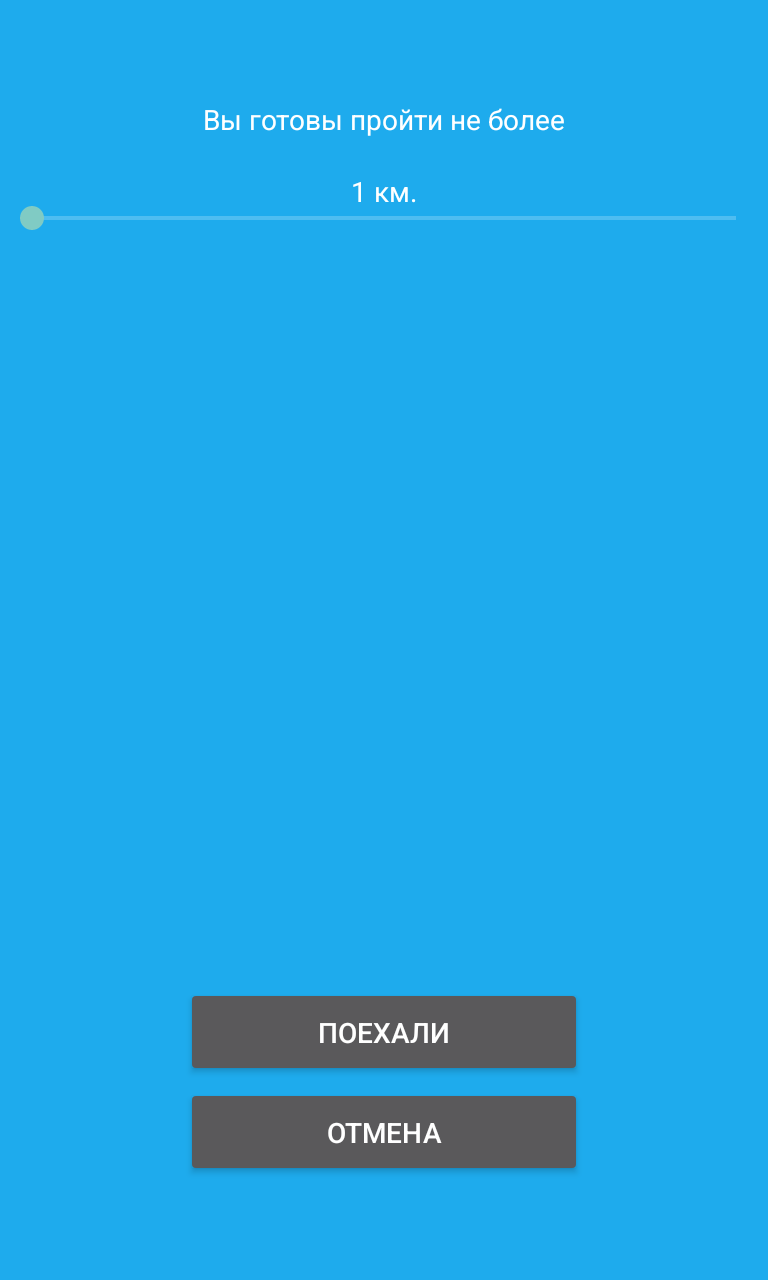
Repository: spacesoldier/MileSharing_old
Layout: MileSharing/res/layout/fragment_pdcontent.xml
The author's editor kept a copy of each file at every save. The layout is drawn from the files as they stood at one save, then again after the next save.
It is drawn on a 768 x 1280 px phone screen (xhdpi) without system bars, with theme Theme.AppCompat; the app's code is not run.

Above is the layout before, as saved 2014-05-19 19:58:17.

After the next save:
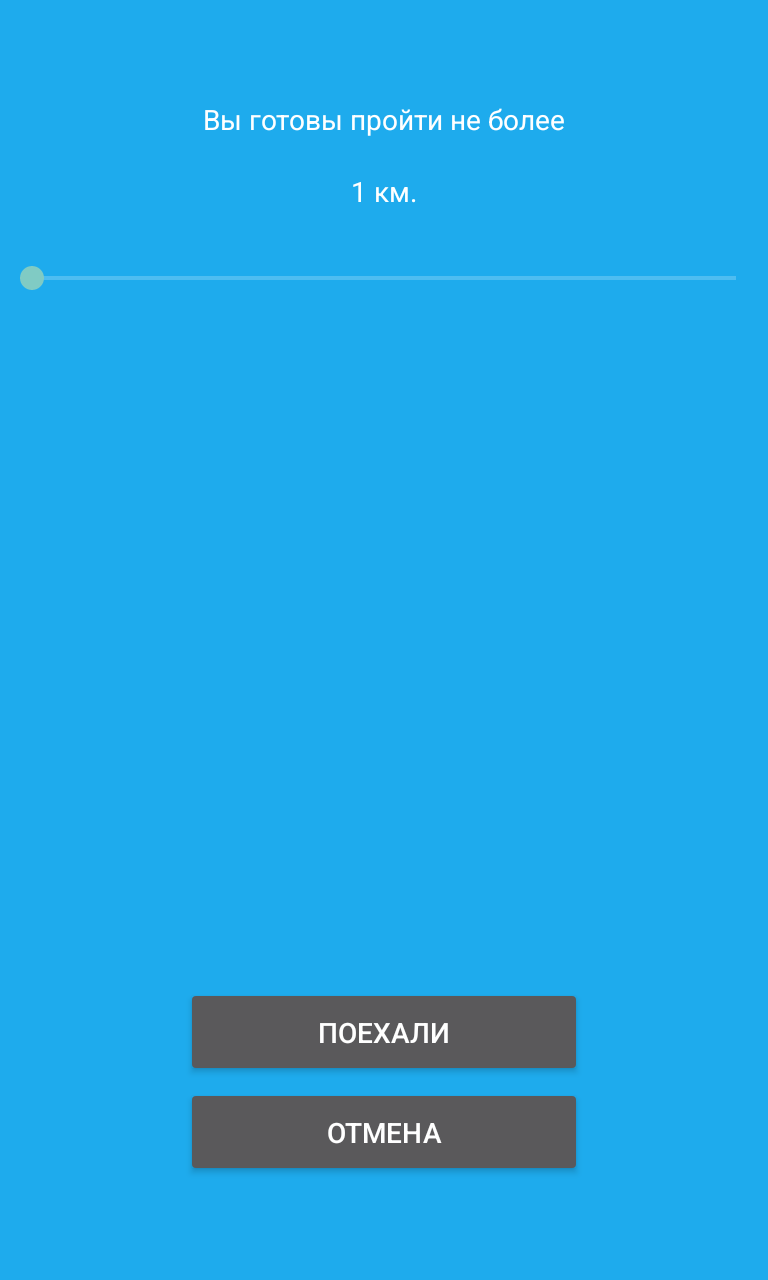
Saved 73 s later.
--- a/MileSharing/res/layout/fragment_pdcontent.xml
+++ b/MileSharing/res/layout/fragment_pdcontent.xml
@@ -33,7 +33,7 @@
         android:layout_height="wrap_content"
         android:layout_alignParentLeft="true"
         android:layout_below="@+id/textView1"
-        android:layout_marginTop="100dp" />
+        android:layout_marginTop="130dp" />
 
     <TextView
         android:id="@+id/textMeters"
